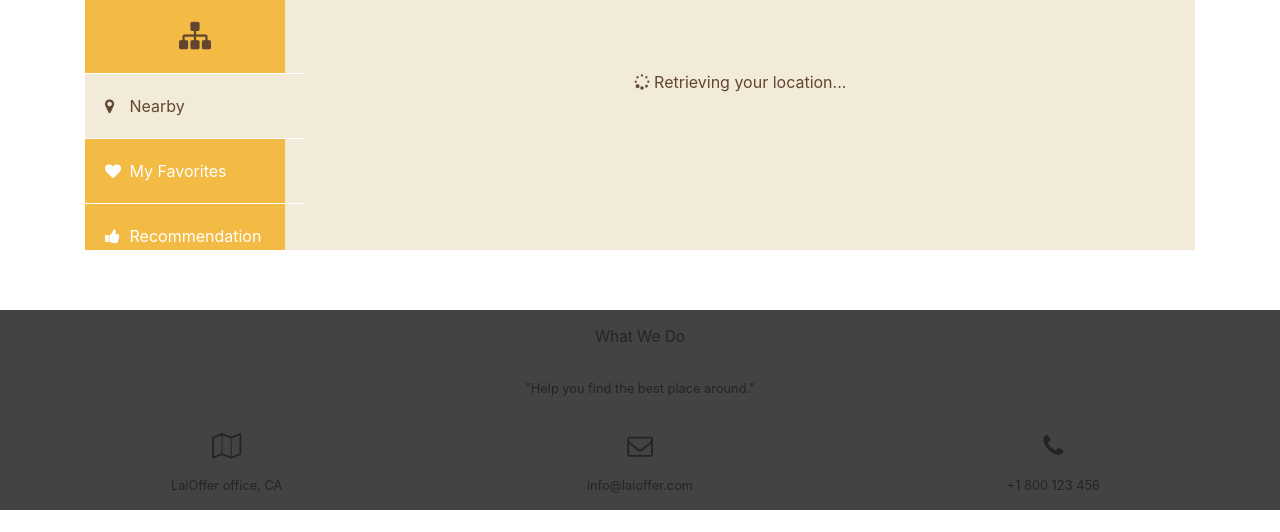
Repository: bchenSyr/restaurant-recommend
Page: http://localhost/YelpRecommend/
The author's editor kept a copy of each file at every save. The page is drawn from the files as they stood at one save, then again after the next save.
The browser window is 1280 px wide. The pictures show the part of the page from y = 310 to 842 px (the page is 842 px tall).
Some web libraries are served in a nearby version. The page is served by Tomcat 9. Other server files are loaded and not shown.

Above is the page before, as saved 2018-09-17 05:17:07.

### YelpRecommend/WebContent/index.html
<!DOCTYPE html>
<html>
<head>
    <!-- Required meta tags always come first -->
    <meta charset="UTF-8">
    <meta name="description" content="Item Recommendation">
    <meta name="author" content="Your Name">

    <!-- Bootstrap CSS -->
    <link rel="stylesheet" href="styles/main.css">
    <link href='https://fonts.googleapis.com/css?family=Open+Sans:400,300,700' rel='stylesheet' type='text/css'>
    <link rel="stylesheet" href="https://maxcdn.bootstrapcdn.com/font-awesome/4.5.0/css/font-awesome.min.css">
    <link rel="stylesheet" href="https://stackpath.bootstrapcdn.com/bootstrap/4.1.3/css/bootstrap.min.css" integrity="sha384-MCw98/SFnGE8fJT3GXwEOngsV7Zt27NXFoaoApmYm81iuXoPkFOJwJ8ERdknLPMO" crossorigin="anonymous">

    <title>Item Recommendation Final</title>
</head>
<body>
  <header class="top-header">
    <nav class="top-nav">
      <a href="#">Home</a>
      <a href="./home.html">Recommendation</a>
      <a href="#">Contact</a>
    </nav>

<!--      <span id="welcome-msg"></span>
     <i id="avatar" class="avatar fa fa-user fa-2x"></i> -->

  </header>

  <div class="container">
    <header>
      <p>
        <span>Item</span>
        <br /> Recommendation
      </p>
    </header>

    <section class="main-section">
      <aside id="item-nav">
        <div class="nav-icon">
          <i class="fa fa-sitemap fa-2x"></i>
        </div>
        <nav class="main-nav">
          <a href="#" id="nearby-btn" class="main-nav-btn active">
            <i class="fa fa-map-marker"></i> Nearby
          </a>
          <a href="#" id="fav-btn" class="main-nav-btn">
            <i class="fa fa-heart"></i> My Favorites
          </a>
          <a href="#" id="recommend-btn" class="main-nav-btn">
            <i class="fa fa-thumbs-up"></i> Recommendation
          </a>
        </nav>
      </aside>

      <ul id="item-list">
        <li class="item">
          <img alt="item image" src="https://s3-media3.fl.yelpcdn.com/bphoto/EmBj4qlyQaGd9Q4oXEhEeQ/ms.jpg" />
          <div>
            <a class="item-name" href="#">Item</a>
            <p class="item-category">Vegetarian</p>
            <div class="stars">
              <i class="fa fa-star"></i>
              <i class="fa fa-star"></i>
              <i class="fa fa-star"></i>
            </div>
          </div>
          <p class="item-address">699 Calderon Ave<br/>Mountain View<br/> CA</p>
          <div class="fav-link">
            <i class="fa fa-heart"></i>
          </div>
        </li>
      </ul>
    </section>
  </div>

  <footer>
    <p class="title">What We Do</p>
    <p>"Help you find the best place around."</p>
    <ul>
      <li>
        <p><i class="fa fa-map-o fa-2x"></i></p>
        <p>LaiOffer office, CA</p>
      </li>
      <li>
        <p><i class="fa fa-envelope-o fa-2x"></i></p>
        <p>info@laioffer.com</p>
      </li>
      <li>
        <p><i class="fa fa-phone fa-2x"></i></p>
        <p>+1 800 123 456</p>
      </li>
    </ul>
  </footer>

  <script src="https://rawgit.com/emn178/js-md5/master/build/md5.min.js"></script>
  <!-- <script src="scripts/mock.js"></script> -->

  <!-- Bootstrap -->
  <script src="https://code.jquery.com/jquery-3.3.1.slim.min.js" integrity="sha384-q8i/X+965DzO0rT7abK41JStQIAqVgRVzpbzo5smXKp4YfRvH+8abtTE1Pi6jizo" crossorigin="anonymous"></script>
  <script src="https://cdnjs.cloudflare.com/ajax/libs/popper.js/1.14.3/umd/popper.min.js" integrity="sha384-ZMP7rVo3mIykV+2+9J3UJ46jBk0WLaUAdn689aCwoqbBJiSnjAK/l8WvCWPIPm49" crossorigin="anonymous"></script>
  <script src="https://stackpath.bootstrapcdn.com/bootstrap/4.1.3/js/bootstrap.min.js" integrity="sha384-ChfqqxuZUCnJSK3+MXmPNIyE6ZbWh2IMqE241rYiqJxyMiZ6OW/JmZQ5stwEULTy" crossorigin="anonymous"></script>

  <script src="scripts/main.js"></script>

</body>
</html>

### YelpRecommend/WebContent/styles/main.css
* {
	box-sizing: border-box;
	margin: 0;
	padding: 0;
}

body {
	background: #434343;
	color: #FFFFFF;
	font-family: 'Open Sans', sans-serif;
	font-weight: 300;
	font-size: 0.9em;
}

ul {
	list-style: none;
}

/**
 * top header
 */
.top-header {
	align-items: center;
	background: #DF574B;
	box-shadow: 0px 2px 10px #333333;
	display: flex;
	height: 60px;
	position: fixed;
	top: 0;
	width: 100%;
	z-index: 1;
}

.avatar {
	background: #FFFFFF;
	border-radius: 50%;
	color: #333C4D;
	height: 40px;
	margin-right: 20px;
	padding-left: 9px;
	padding-top: 5px;
	width: 40px;
}

/**
 * top navigation
 */
.top-nav {
	flex: 1;
}

 .top-nav a {
	color: #F9F9F9;
	font-weight: 400;
	margin-left: 20px;
	text-decoration: none;
}

#welcome-msg {
	border-right: 1px solid #FFFFFF;
	padding-right: 10px;
}

/**
 * main container
 */
.container {
	margin: 60px auto;
	max-width: 1000px;
	min-width: 600px;
}

/**
 * main header
 */
.container>header {
	align-items: center;
	background:
		url('http://prophoto.com.cy/wp-content/galleries/food/food-restaurant-photographer-cyprus-10.jpg')
		no-repeat 50% 50%;
	background-size: 100%;
	display: flex;
	height: 250px;
}

.container>header p {
	border-left: 1px solid #FFFFFF;
	font-weight: 400;
	font-size: 2em;
	line-height: 1em;
	margin-left: 220px;
	padding-left: 5px;
}

.container>header span {
	color: #FBAF41;
}

/**
 * main section
 */
.main-section {
	background: #F3BB43;
}

/**
 * aside
 */
#item-nav {
	float: left;
	width: 220px;
}

.nav-icon {
	color: #624630;
	padding: 20px;
	text-align: center;
}

/**
 * main navigation
 */
.main-nav-btn {
	background: none;
	border-top: 1px solid #FFFFFF;
	color: #FFFFFF;
	display: block;
	padding: 20px;
	text-align: left;
	text-decoration: none;
}

.main-nav-btn:hover {
	background: rgba(255, 255, 255, 0.8);
	color: #624630;
}

.main-nav-btn.active {
	background: #F2EBD9;
	color: #624630;
}

.main-nav-btn i {
	width: 20px;
}

/**
 * item list
 */
#item-list {
	background: #F2EBD9;
	color: #624630;
	list-style: none;
	margin-left: 200px;
	min-height: 250px;
	padding: 10px;
}

#item-list .notice {
	font-size: 16px;
	padding: 60px;
	text-align: center;
}

/**
 * item
 */
.item {
	align-items: center;
	border-bottom: 1px solid #FFFFFF;
	display: flex;
	margin: 10px;
	padding: 15px;
	transition: background-color 100ms linear;
}

.item:last-child {
	border: none;
}

.item:hover {
	background: rgba(255, 255, 255, 0.8);
	transition: background-color 100ms linear;
}

.item img {
	border: 1px solid #FFFFFF;
	height: 80px;
	width: 80px;
}

.item>div:first-of-type {
	flex: 1;
	margin-left: 10px;
	margin-right: 10px;
}

.item-name {
	color: #624630;
	font-weight: 400;
	text-decoration: none;
}

.item-name:hover {
	text-decoration: underline;
}

.item-address {
	line-height: 20px;
	padding-right: 20px;
	text-align: right;
}

.stars {
	align-items: center;
	display: flex;
	padding-top: 10px;
}

.fav-link {
	border-left: 1px solid #FFFFFF;
	cursor: pointer;
	line-height: 60px;
	text-align: center;
	width: 60px;
}

.fav-link:hover {
	color: #F13F3F;
}

/**
 * footer section
 */
footer {
	background: #434343;
	font-size: 0.8em;
	height: 200px;
	position: relative;
}

footer p {
	text-align: center;
}

footer p.title {
	font-size: 1.2em;
	padding: 15px;
}

footer ul {
	align-items: center;
	display: flex;
	padding: 20px;
}

footer ul li {
	flex: 1;
}

### YelpRecommend/WebContent/scripts/main.js
(function() {

    /**
     * Variables
     */
    var user_id = '1111';
    var user_fullname = 'Welcome';
    var lng = -122.08;
    var lat = 37.38;

    /**
     * Initialize
     */
    function init() {
        // Register event listeners
        $('nearby-btn').addEventListener('click', loadNearbyItems);
        $('fav-btn').addEventListener('click', loadFavoriteItems);
        $('recommend-btn').addEventListener('click', loadRecommendedItems);

//        var welcomeMsg = $('welcome-msg');
//        welcomeMsg.innerHTML = 'Welcome';
        initGeoLocation();
    }

    function initGeoLocation() {
        if (navigator.geolocation) {
            navigator.geolocation.getCurrentPosition(onPositionUpdated,
                onLoadPositionFailed, {
                    maximumAge: 60000
                });
            showLoadingMessage('Retrieving your location...');
        } else {
            onLoadPositionFailed();
        }
    }

    function onPositionUpdated(position) {
        lat = position.coords.latitude;
        lng = position.coords.longitude;

        loadNearbyItems();
    }

    function onLoadPositionFailed() {
        console.warn('navigator.geolocation is not available');
        getLocationFromIP();
    }

    function getLocationFromIP() {
        // Get location from http://ipinfo.io/json
        var url = 'http://ipinfo.io/json'
        var req = null;
        ajax('GET', url, req, function(res) {
            var result = JSON.parse(res);
            if ('loc' in result) {
                var loc = result.loc.split(',');
                lat = loc[0];
                lng = loc[1];
            } else {
                console.warn('Getting location by IP failed.');
            }
            loadNearbyItems();
        });
    }

    // -----------------------------------
    // Helper Functions
    // -----------------------------------

    /**
     * A helper function that makes a navigation button active
     *
     * @param btnId -
     *            The id of the navigation button
     */
    function activeBtn(btnId) {
        var btns = document.getElementsByClassName('main-nav-btn');

        // deactivate all navigation buttons
        for (var i = 0; i < btns.length; i++) {
            btns[i].className = btns[i].className.replace(/\bactive\b/, '');
        }

        // active the one that has id = btnId
        var btn = $(btnId);
        btn.className += ' active';
    }

    function showLoadingMessage(msg) {
        var itemList = $('item-list');
        itemList.innerHTML = '<p class="notice"><i class="fa fa-spinner fa-spin"></i> ' +
            msg + '</p>';
    }

    function showWarningMessage(msg) {
        var itemList = $('item-list');
        itemList.innerHTML = '<p class="notice"><i class="fa fa-exclamation-triangle"></i> ' +
            msg + '</p>';
    }

    function showErrorMessage(msg) {
        var itemList = $('item-list');
        itemList.innerHTML = '<p class="notice"><i class="fa fa-exclamation-circle"></i> ' +
            msg + '</p>';
    }

    /**
     * A helper function that creates a DOM element <tag options...>
     *
     * @param tag
     * @param options
     * @returns
     */
    function $(tag, options) {
        if (!options) {
            return document.getElementById(tag);
        }

        var element = document.createElement(tag);

        for (var option in options) {
            if (options.hasOwnProperty(option)) {
                element[option] = options[option];
            }
        }

        return element;
    }

    function hideElement(element) {
        element.style.display = 'none';
    }

    function showElement(element, style) {
        var displayStyle = style ? style : 'block';
        element.style.display = displayStyle;
    }

    /**
     * AJAX helper
     *
     * @param method -
     *            GET|POST|PUT|DELETE
     * @param url -
     *            API end point
     * @param callback -
     *            This the successful callback
     * @param errorHandler -
     *            This is the failed callback
     */
    function ajax(method, url, data, callback, errorHandler) {
        var xhr = new XMLHttpRequest();

        xhr.open(method, url, true);

        xhr.onload = function() {
        	if (xhr.status === 200) {
        		callback(xhr.responseText);
        	} else {
        		errorHandler();
        	}
        };

        xhr.onerror = function() {
            console.error("The request couldn't be completed.");
            errorHandler();
        };

        if (data === null) {
            xhr.send();
        } else {
            xhr.setRequestHeader("Content-Type",
                "application/json;charset=utf-8");
            xhr.send(data);
        }
    }

    // -------------------------------------
    // AJAX call server-side APIs
    // -------------------------------------

    /**
     * API #1 Load the nearby items API end point: [GET]
     * /Dashi/search?user_id=1111&lat=37.38&lon=-122.08
     */
    function loadNearbyItems() {
        console.log('loadNearbyItems');
        activeBtn('nearby-btn');

        // The request parameters
        var url = './search';
        var params = 'user_id=' + user_id + '&lat=' + lat + '&lon=' + lng;
        var req = JSON.stringify({});

        // display loading message
        showLoadingMessage('Loading nearby items...');

        // make AJAX call
        ajax('GET', url + '?' + params, req,
            // successful callback
            function(res) {
                var items = JSON.parse(res);
                if (!items || items.length === 0) {
                    showWarningMessage('No nearby item.');
                } else {
                    listItems(items);
                }
            },
            // failed callback
            function() {
                showErrorMessage('Cannot load nearby items.');
            });
    }

    /**
     * API #2 Load favorite (or visited) items API end point: [GET]
     * /Dashi/history?user_id=1111
     */
    function loadFavoriteItems() {
        activeBtn('fav-btn');

        // The request parameters
        var url = './history';
        var params = 'user_id=' + user_id;
        var req = JSON.stringify({});

        // display loading message
        showLoadingMessage('Loading favorite items...');

        // make AJAX call
        ajax('GET', url + '?' + params, req, function(res) {
            var items = JSON.parse(res);
            if (!items || items.length === 0) {
                showWarningMessage('No favorite item.');
            } else {
                listItems(items);
            }
        }, function() {
            showErrorMessage('Cannot load favorite items.');
        });
    }

    /**
     * API #3 Load recommended items API end point: [GET]
     * /Dashi/recommendation?user_id=1111
     */
    function loadRecommendedItems() {
        activeBtn('recommend-btn');

        // The request parameters
        var url = './recommendation';
        var params = 'user_id=' + user_id + '&lat=' + lat + '&lon=' + lng;

        var req = JSON.stringify({});

        // display loading message
        showLoadingMessage('Loading recommended items...');

        // make AJAX call
        ajax(
            'GET',
            url + '?' + params,
            req,
            // successful callback
            function(res) {
                var items = JSON.parse(res);
                if (!items || items.length === 0) {
                    showWarningMessage('No recommended item. Make sure you have favorites.');
                } else {
                    listItems(items);
                }
            },
            // failed callback
            function() {
                showErrorMessage('Cannot load recommended items.');
            });
    }

    /**
     * API #4 Toggle favorite (or visited) items
     *
     * @param item_id -
     *            The item business id
     *
     * API end point: [POST]/[DELETE] /Dashi/history request json data: {
     * user_id: 1111, visited: [a_list_of_business_ids] }
     */
    function changeFavoriteItem(item_id) {
        // Check whether this item has been visited or not
        var li = $('item-' + item_id);
        var favIcon = $('fav-icon-' + item_id);
        var favorite = li.dataset.favorite !== 'true';

        // The request parameters
        var url = './history';
        var req = JSON.stringify({
            user_id: user_id,
            favorite: [item_id]
        });
        var method = favorite ? 'POST' : 'DELETE';

        ajax(method, url, req,
            // successful callback
            function(res) {
                var result = JSON.parse(res);
                if (result.result === 'SUCCESS') {
                    li.dataset.favorite = favorite;
                    favIcon.className = favorite ? 'fa fa-heart' : 'fa fa-heart-o';
                }
            });
    }

    // -------------------------------------
    // Create item list
    // -------------------------------------

    /**
     * List items
     *
     * @param items -
     *            An array of item JSON objects
     */
    function listItems(items) {
        // Clear the current results
        var itemList = $('item-list');
        itemList.innerHTML = '';

        for (var i = 0; i < items.length; i++) {
            addItem(itemList, items[i]);
        }
    }

    /**
     * Add item to the list
     *
     * @param itemList -
     *            The
     *            <ul id="item-list">
     *            tag
     * @param item -
     *            The item data (JSON object)
     */
    function addItem(itemList, item) {
        var item_id = item.item_id;

        // create the <li> tag and specify the id and class attributes
        var li = $('li', {
            id: 'item-' + item_id,
            className: 'item'
        });

        // set the data attribute
        li.dataset.item_id = item_id;
        li.dataset.favorite = item.favorite;

        // item image
        if (item.image_url) {
            li.appendChild($('img', {
                src: item.image_url
            }));
        } else {
            li.appendChild($(
                'img', {
                    src: 'https://assets-cdn.github.com/images/modules/logos_page/GitHub-Mark.png'
                }))
        }
        // section
        var section = $('div', {});

        // title
        var title = $('a', {
            href: item.url,
            target: '_blank',
            className: 'item-name'
        });
        title.innerHTML = item.name;
        section.appendChild(title);

        // category
        var category = $('p', {
            className: 'item-category'
        });
        category.innerHTML = 'Category: ' + item.categories.join(', ');
        section.appendChild(category);

        // TODO(vincent). here we might have a problem showing 3.5 as 3.
        // stars
        var stars = $('div', {
            className: 'stars'
        });

        for (var i = 0; i < item.rating; i++) {
            var star = $('i', {
                className: 'fa fa-star'
            });
            stars.appendChild(star);
        }

        if (('' + item.rating).match(/\.5$/)) {
            stars.appendChild($('i', {
                className: 'fa fa-star-half-o'
            }));
        }

        section.appendChild(stars);

        li.appendChild(section);

        // address
        var address = $('p', {
            className: 'item-address'
        });

        address.innerHTML = item.address.replace(/,/g, '<br/>').replace(/\"/g,
            '');
        li.appendChild(address);

        // favorite link
        var favLink = $('p', {
            className: 'fav-link'
        });

        favLink.onclick = function() {
            changeFavoriteItem(item_id);
        };

        favLink.appendChild($('i', {
            id: 'fav-icon-' + item_id,
            className: item.favorite ? 'fa fa-heart' : 'fa fa-heart-o'
        }));

        li.appendChild(favLink);

        itemList.appendChild(li);
    }

    init();

})();

After the next save:
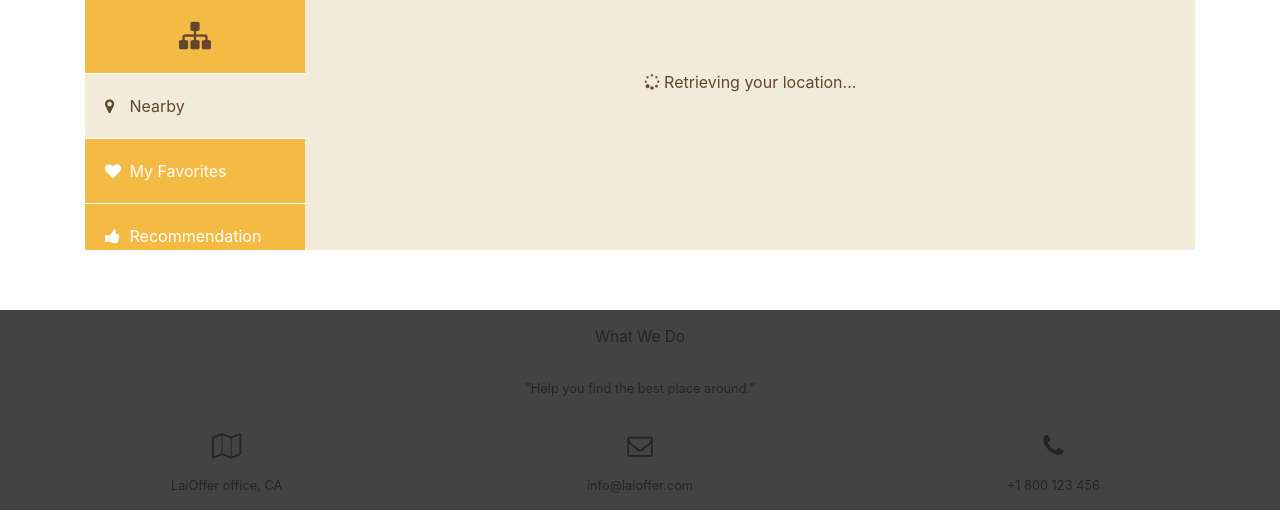
Saved 25 s later.
--- a/YelpRecommend/WebContent/styles/main.css
+++ b/YelpRecommend/WebContent/styles/main.css
@@ -151,7 +151,7 @@ ul {
 	background: #F2EBD9;
 	color: #624630;
 	list-style: none;
-	margin-left: 200px;
+	margin-left: 220px;
 	min-height: 250px;
 	padding: 10px;
 }
